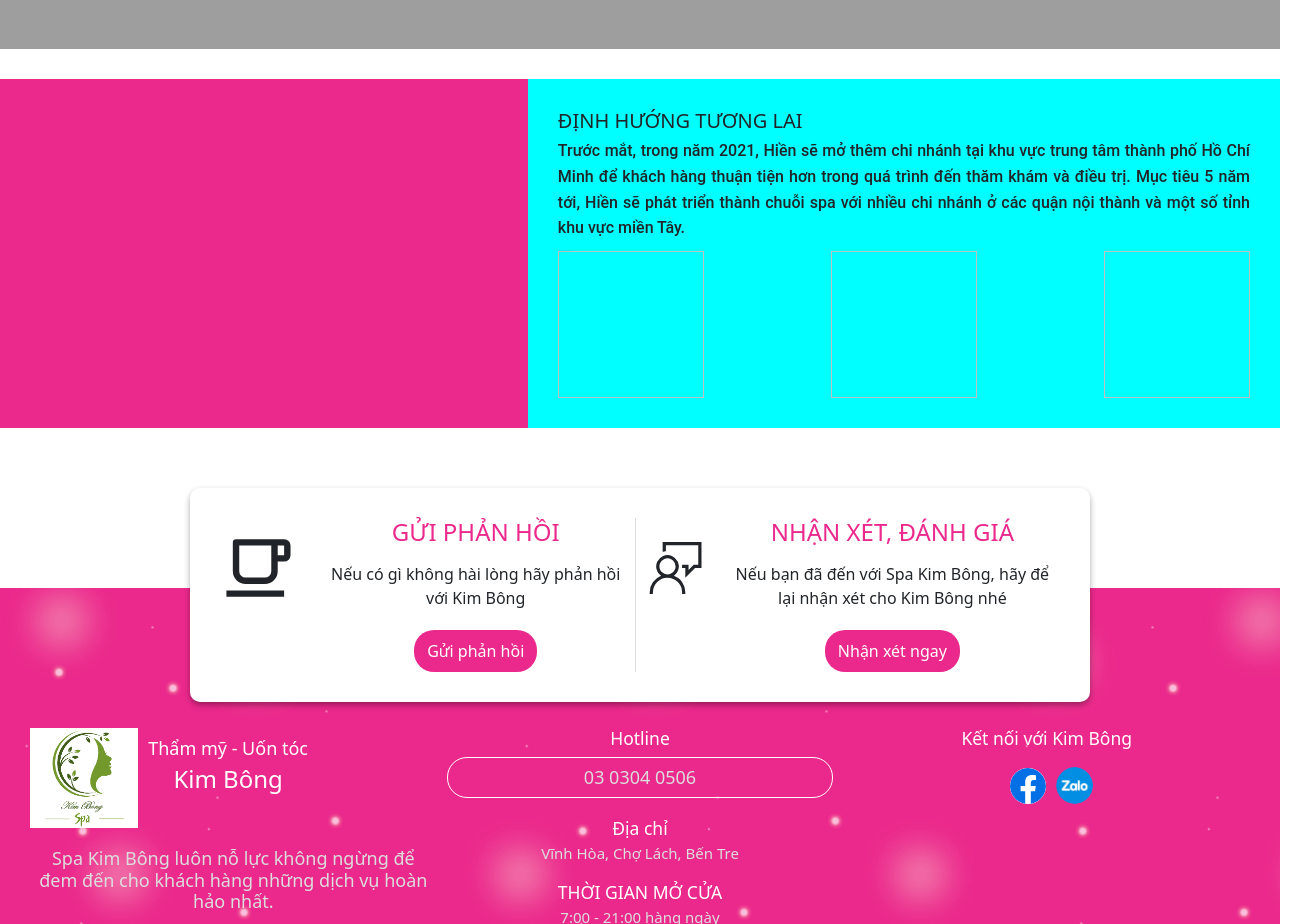
Repository: tranduykhuong/SpaKimBong
Page: /about
An editor plug-in stored every save of this project. The page is shown before and after the next save, followed by the edit.
The browser window is 1280 px wide. The page is 1302 px wide, so the pictures cover 1302 px, including what lies to the right of the window. The pictures show the part of the page from y = 2180 to 3104 px (the page is 3168 px tall before and 3229 px after).
Pictures or frames that could not be fetched are drawn as grey boxes. The project was rebuilt for these pictures with package versions that can differ from the ones it lists, and the page was loaded fresh each time. Also part of the build but not shown: src/components/Header/Slider/slider.scss, src/components/Header/Slider/Slider.js, src/components/Header/ListImage/listImage.scss, src/components/Header/ListImage/ListImage.js, src/pages/Home/home.scss, src/pages/Home/ListImage/listImage.scss, src/pages/Home/ListImage/ListImage.js, src/pages/Home/BookOnline/bookOnl.scss and 6 more.

Above is the page before, as saved 2022-06-03 22:30:56.

### src/App.js
import "./App.css";
import Header from "./components/Header/Header";
import Home from "./pages/Home/Home";
import "bootstrap/dist/css/bootstrap.min.css";
import { Route, Routes } from "react-router-dom";
import About from "./pages/About/About";

function App() {
  return (
    <div className="App">
      <Header />
      <Routes>
        <Route path="/" element={<Home />} />
        <Route path="/about" element={<About />} />
      </Routes>
    </div>
  );
}

export default App;

### src/pages/About/About.js
import "./About.scss";
import React from "react";
import Footer from "./../../components/Footer/Footer";

const About = () => {
  return (
    <div>
      <div className="container1">
        <div className="container-image"></div>

        <div className="container-background-content">
          <div className="container-content">
            <div className="content-left">
              <div className="title">
                <h1>
                  HIỀN VÂN SPA XUẤT PHÁT TỪ NIỀM ĐAM MÊ & KẾT QUẢ CỦA SỰ NỖ LỰC
                </h1>
              </div>
              <div className="box">
                <div className="box-content-img">
                  <div className="image">
                    <img
                      width={200}
                      height={100}
                      src="https://i.pinimg.com/originals/2c/84/5a/2c845a66b8ad2a8aafd288bdc16cd459.jpg"
                    ></img>
                  </div>
                  <div className="content">
                    <p>
                      Hiền cảm thấy vô cùng tự hào khi spa của mình đã nhận được
                      sự tin tưởng của hàng chục nghìn khách hàng khu vực TPHCM
                      và nhiều tỉnh thành lân cận. Thậm chí nhiều bạn không quản
                      ngại đường xá xa xôi, di chuyển từ tận miền Trung, miền
                      Bắc đến điều trị.
                    </p>
                  </div>
                </div>
                <div className="box-content">
                  <div className="content">
                    <p>
                      Hiền Vân Spa cũng may mắn nhận được sự ủng hộ và chung tay
                      của nhóm thiện nguyện Golden Heart đến từ các mạnh thường
                      quân tại nước ngoài như Mỹ, Anh, Australia, Israel,… Họ
                      biết đến Hiền Vân thông qua kênh Youtube. Golden Heart cảm
                      thấy đồng cảm với những khách hàng bị mụn nặng nhưng điều
                      kiện kinh tế khó khăn. Vì vậy họ quyết định đồng hành và
                      tài trợ miễn phí 100%. Tất cả các ca điều trị mụn miễn phí
                      do Golden Heart tài trợ đều được nhận thẻ bảo hành vĩnh
                      viễn, chăm sóc da định kỳ hàng tháng, cam kết mụn không
                      tái phát. Tính đến năm 2021, Hiền Vân Spa cùng quỹ Golden
                      Heart đã hỗ trợ cho hơn 100 ca điều trị mụn hoàn toàn miễn
                      phí, giúp họ tự tin hơn trong cuộc sống với một diện mạo
                      mới.
                    </p>
                  </div>
                </div>

                <div className="box-content">
                  <div className="content">
                    <p>
                      Hiền hiểu rằng, chi phí là vấn đề khách hàng vô cùng quan
                      tâm, nhưng thay vì đi theo cách thức giảm giá sâu như các
                      thương hiệu khác, Hiền tập trung nâng cao chất lượng, giúp
                      khách hàng điều trị các vấn đề da an toàn, hiệu quả trong
                      thời gian ngắn nhất và duy trì kết quả bền vững nhất. Điều
                      này gián tiếp giúp khách hàng tiết kiệm được chi phí. Bạn
                      có thể chỉ bỏ ra 99K, 199K để điều trị mụn giá rẻ tại các
                      cơ sở khác nhưng mụn không giảm, thậm chí viêm nhiễm, lây
                      lan bởi lẽ “tiền nào của đó”. 1 liệu trình “hời hợt” không
                      đủ để giúp bạn giải quyết triệt để các vấn đề da.
                    </p>
                  </div>
                </div>
              </div>
            </div>
            <div className="image-right">
              <div className="image-box">
                <img
                  width={534}
                  height={800}
                  src="https://cdn.hienvanspa.com/uploads/2021/03/do-thu-hien-foulder-hienvanspa.png"
                ></img>
              </div>
            </div>
          </div>
        </div>

        <div className="container-background-founder">
          <div className="box-founder">
            <div className="founder-left"></div>
            <div className="info-founder">
              <div className="text-info">
                <h2>
                  <strong>nhà sáng lập</strong>
                </h2>
                <h3>
                  <span>Chuyên gia Đỗ Thu Hiền</span>
                </h3>
                <p>
                  Được mệnh danh là Bàn tay vàng trị mụn với kinh nghiệm hơn 20
                  năm trong nghề. Tính đến thời điểm hiện tại, Chuyên gia Đỗ Thu
                  Hiền đã tiếp nhận và điều trị thành công cho hàng chục ngàn
                  khách hàng trên khắp cả nước, giúp họ sở hữu ngoại hình đẹp để
                  tự tin trong cuộc sống.Bên cạnh đó, Chuyên gia Đỗ Thu Hiền
                  cũng đào tạo cho hơn 100 học viên tại Hiền Vân Academy, mang
                  lại cho họ cơ hội việc làm tốt, trở thành kỹ thuật viên, chủ
                  spa giỏi.
                </p>
              </div>
            </div>
          </div>
        </div>

        <div className="container-bg-future-orientation">
          <div className="container-future-orientation">
            <div className="future-orientation-left"></div>
            <div className="future-orientation-right">
              <div className="content">
                <h2>ĐỊNH HƯỚNG TƯƠNG LAI</h2>
                <p>
                  Trước mắt, trong năm 2021, Hiền sẽ mở thêm chi nhánh tại khu
                  vực trung tâm thành phố Hồ Chí Minh để khách hàng thuận tiện
                  hơn trong quá trình đến thăm khám và điều trị. Mục tiêu 5 năm
                  tới, Hiền sẽ phát triển thành chuỗi spa với nhiều chi nhánh ở
                  các quận nội thành và một số tỉnh khu vực miền Tây.
                </p>
                Bên cạnh đó, Hiền sẽ tiếp tục phát triển mô hình Hiền Vân
                Academy, hỗ trợ dạy nghề cho các bạn có niềm đam mê với lĩnh vực
                làm đẹp.
              </div>
              <div className="box-3-image">
                <div className="box-image">
                  <img
                    width={146}
                    height={147}
                    scr="https://cdn.hienvanspa.com/uploads/2021/03/dinh-huong-tuong-lai.jpg"
                  ></img>
                </div>
                <div className="box-image">
                  <img
                    width={146}
                    height={147}
                    scr="https://cdn.hienvanspa.com/uploads/2021/03/dinh-huong-tuong-lai.jpg"
                  ></img>
                </div>
                <div className="box-image">
                  <img
                    width={146}
                    height={147}
                    scr="https://cdn.hienvanspa.com/uploads/2021/03/dinh-huong-tuong-lai.jpg"
                  ></img>
                </div>
              </div>
            </div>
          </div>
        </div>
      </div>

      <Footer />
    </div>
  );
};

export default About;

### src/components/Header/header.scss
$height-navbar: 5rem;

.header {
    .mg-navbar {
        margin-bottom: $height-navbar;
    }

    .infor {
        max-width: 1200px;
        padding: .6rem 0;
        display: flex;
        justify-content: space-between;

        .logo {
            display: flex;
            flex: 1;

            img {
                height: 10rem;
            }

            .nameSpa {
                color: #eb288c;
                margin: auto 0;

                h4 {
                    font-size: 1.8rem;
                    font-weight: 500;
                }

                h2 {
                    font-size: 2.4rem;
                }
            }
        }


        .search {
            margin: auto 0;
            border-radius: 50px;
            border: solid .1rem #eb288c;
            height: 37px;
            display: flex;

            input {
                font-size: 1.4rem;
                margin: auto 16px;
                min-width: 26rem;
                border: none;
                outline: none;
            }

            .icon {
                margin: auto 10px;
                cursor: pointer;
            }

            .iconSearch {
                width: 1.8rem;
                height: 1.8rem;
                color: #eb288c;

                &:hover {
                    color: #f867b2;
                }
            }
        }

        .contact {
            display: flex;
            margin-left: 20px;

            .icon {
                margin: auto 0;
                margin-left: 10px;

            }

            .iconFacebook {
                width: 2.8rem;
                height: 2.8rem;
                color: rgba($color: #0570e6, $alpha: 1.0);
            }

            .iconZalo {
                width: 2.8rem;
                height: 2.8rem;
                border-radius: 50%;
            }

            .phone {
                margin: auto 0;
                margin-left: 20px;
                display: flex;

                .iconPhone {
                    width: 2.6rem;
                    height: 2.6rem;
                }

                h3 {
                    font-size: 1.4rem;
                    font-weight: 500;
                    margin: auto 4px;
                }
            }

        }
    }

    .fixedNavbar {
        position: fixed;
        top: 0;
        left: 0;
        z-index: 50;
        width: 100%;
        animation: fixedNavbar 1s forwards;
    }

    @keyframes fixedNavbar {
        from {
            top: -5rem;
            opacity: 0;
        }

        to {
            top: 0;
            opacity: 1;
        }
    }

    .myNavbar {
        height: $height-navbar;
        background-color: #eb288c;

        .navbarContent {
            max-width: 1200px;
            margin: 0 auto;

            .navbarList {
                display: flex;
                margin: 0 1rem;
                // justify-content: space-evenly;

                li {
                    list-style: none;

                    a {
                        line-height: $height-navbar;
                        height: $height-navbar;
                        display: block;
                        color: #fff;
                        font-size: 1.6rem;
                        font-weight: 600;
                        text-decoration: none;
                        padding: 0 2rem;
                    }

                    &:hover {
                        background-color: #f844a1;
                        cursor: pointer;
                    }
                }

                .active {
                    background-color: #dd0876;
                }
            }
        }
    }
}

### src/components/Footer/Footer.js
import React, { useEffect } from "react";
import "./footer.scss";
import { BsFacebook } from "react-icons/bs";
import { RiCupLine } from "react-icons/ri";
import { VscFeedback } from "react-icons/vsc";

const Footer = () => {
  return (
    <div className="footer">
      <div className="logo">
        <div className="info">
          <img src="../../img/logoSpa.png" alt="" />
          <div className="nameSpa">
            <h4>Thẩm mỹ - Uốn tóc</h4>
            <h2>Kim Bông</h2>
          </div>
        </div>

        <h5>
          Spa Kim Bông luôn nỗ lực không ngừng để đem đến cho khách hàng những
          dịch vụ hoàn hảo nhất.
        </h5>
      </div>

      <div className="address">
        <h3>Hotline</h3>
        <div className="hotline">03 0304 0506</div>
        <h3>Địa chỉ</h3>
        <h4>Vĩnh Hòa, Chợ Lách, Bến Tre</h4>
        <h3>THỜI GIAN MỞ CỬA</h3>
        <h4>7:00 - 21:00 hàng ngày</h4>
      </div>
      <div className="contact">
        <h3>Kết nối với Kim Bông</h3>
        <a href="/" className="icon">
          <BsFacebook className="iconFacebook" />
        </a>
        <a href="/" className="icon">
          <img src="../../img/Zalo.png" alt="" className="iconZalo" />
        </a>
      </div>

      <div className="subFooter">
        <div className="report">
          <RiCupLine className="icon" />
          <div>
            <h3>Gửi phản hồi</h3>
            <p>Nếu có gì không hài lòng hãy phản hồi với Kim Bông</p>
            <div className="btn">Gửi phản hồi</div>
          </div>
        </div>
        <div className="feedback">
          <VscFeedback className="icon" />
          <div>
            <h3>Nhận xét, Đánh giá</h3>
            <p>
              Nếu bạn đã đến với Spa Kim Bông, hãy để lại nhận xét cho Kim Bông
              nhé
            </p>
            <div className="btn">Nhận xét ngay</div>
          </div>
        </div>
      </div>
    </div>
  );
};

export default Footer;

### src/pages/About/About.scss
.container1 {
  .container-image {
    width: 100%;
    height: 400px;
    // padding: 5rem;
    // display: flex;
    align-items: center;
    justify-content: center;
    background-image: url("https://i.pinimg.com/originals/2c/84/5a/2c845a66b8ad2a8aafd288bdc16cd459.jpg");
  }
  .container-background-content {
    background-image: url("https://i.pinimg.com/originals/2c/84/5a/2c845a66b8ad2a8aafd288bdc16cd459.jpg");

    .container-content {
      display: flex;
      width: 100%;
      background-color: rgba(255, 255, 255, 0.85);

      .content-left {
        width: 60%;
        padding: 0 35px 30px;
        margin-left: 100px;
        text-align: left;

        .title {
          margin: 30px 0;
          h1 {
            font-size: 3rem;
            font-weight: bolder;
            line-height: 1.6;
          }
        }

        .box {
          .box-content-img {
            background-color: #eb288c;
            border-radius: 37px;
            margin-bottom: 30px;
            .image {
              padding: 20px 20px 0 20px;

              img {
                width: 100%;
                height: 200px;
              }
            }

            .content {
              padding: 0 20px 30px 20px;

              p {
                font: 16px Roboto, sans-serif;
                text-align: justify;
                line-height: 1.6;
                color: white;
                font-weight: 500;
              }
            }
          }

          .box-content {
            background-color: #eb288c;
            border-radius: 37px;
            margin-bottom: 30px;

            .content {
              padding: 20px 20px 30px 20px;

              p {
                font: 16px Roboto, sans-serif;
                text-align: justify;
                line-height: 1.6;
                color: white;
                font-weight: 500;
              }
            }
          }
        }
      }

      .image-right {
        width: 40%;
        .image-box {
          padding: 400px 0px 0px;
          img {
            padding: 0 100px 30px 30px;
          }
        }
      }
    }
  }
  .container-background-founder {
    background-image: url("https://i.pinimg.com/originals/2c/84/5a/2c845a66b8ad2a8aafd288bdc16cd459.jpg");

    .box-founder {
      display: flex;
      width: 100%;

      .founder-left {
        width: 55%;
      }

      .info-founder {
        width: 45%;
        text-align: left;
        .text-info {
          padding: 0 30px 30px;
          margin: 30px 0 30px;

          h2 {
            text-transform: uppercase;
            font-family: Roboto, sans-serif;
            font-size: 40px;
            letter-spacing: 0.05em;
            margin: 0 0 13px;
            color: #be8c28;
          }
          h3 {
            font-family: Roboto, sans-serif;
            font-size: 30px;
            font-weight: bold;
            letter-spacing: 0.05em;
            margin: 0 0 10px;
            color: white;
          }
          p {
            font-family: Roboto, sans-serif;
            font-size: 16px;
            margin: 0 0 21px;
            color: white;
            line-height: 1.6;
            padding-right: 120px;
          }
        }
      }
    }
  }

  .container-bg-future-orientation {
    background-color: #eb288c;

    .container-future-orientation {
      display: flex;
      width: 100%;
      margin-top: 30px;

      .future-orientation-left {
        width: 41.6666666667%;
      }

      .future-orientation-right {
        width: 59.3333333333%;
        padding: 30px 30px 30px;
        text-align: left;
        background-color: aqua;

        .content {
          p {
            font: 16px Roboto, sans-serif;
            text-align: justify;
            line-height: 1.6;
            font-weight: 500;
          }
        }

        .box-3-image {
          display: flex;
          width: 100%;
          justify-content: space-between;

          .box-image{
          }
        }
      }
    }
  }
}

### src/components/Footer/footer.scss
$title-color: #fff;

.footer {
    background-image: url(../../../public/img/sparkle1.png), url(../../../public/img/sparkle2.png);
    width: 100%;
    height: 400px;
    background-color: #eb288c;
    animation: sparkle 60s linear infinite;
    padding: 14rem 3rem 0;
    display: flex;
    justify-content: space-around;
    position: relative;
    margin-top: 16rem;

    .logo {
        flex: 1;

        .info {
            display: flex;

            img {
                height: 10rem;
            }

            .nameSpa {
                color: $title-color;
                margin: 1rem;

                h4 {
                    font-size: 1.8rem;
                    font-weight: 500;
                }

                h2 {
                    font-size: 2.4rem;
                }
            }
        }

        h5 {
            margin: 2rem .6rem;
            font-size: 1.8rem;
            font-weight: 400;
            color: #ddd;
        }
    }

    .contact {
        flex: 1;

        h3 {
            margin-bottom: 1.8rem;
            color: $title-color;
        }

        .icon {
            margin: auto 0;
            margin-left: 10px;

        }

        .iconFacebook {
            width: 3.6rem;
            height: 3.6rem;
            color: rgba($color: #0570e6, $alpha: 1.0);
            background-color: $title-color;
            border-radius: 50%;
        }

        .iconZalo {
            width: 3.7rem;
            height: 3.7rem;
            border-radius: 50%;
        }
    }

    .address {
        color: #ddd;
        flex: 1;

        h3 {
            // margin-bottom: 2rem;
            color: $title-color;
        }

        h4 {
            margin-bottom: 2rem;
        }

        .hotline {
            padding: .6rem;
            font-size: 1.8rem;
            margin: .8rem 1rem 2rem;
            border: 1px solid $title-color;
            border-radius: 2rem;

            &:hover {
                color: $title-color;
                cursor: pointer;
            }
        }
    }

    @keyframes sparkle {
        0% {
            background-position: 0px 0px, 0px 0px, 0px 0px;
        }

        100% {
            background-position: -500px -1000px, -400px -400px, 300px 300px;
        }
    }

    .subFooter {
        width: 100%;
        max-width: 90rem;
        min-height: 20rem;
        box-shadow: 0 3px 6px -4px rgba(0, 0, 0, 0.2), 0 3px 6px rgba(0, 0, 0, 0.3);

        background-color: #fff;
        border-radius: 1rem;
        z-index: 50;
        top: -10rem;
        left: 50%;
        transform: translateX(-50%);
        position: absolute;
        display: flex;
        padding: 3rem;
        justify-content: space-around;

        .report,
        .feedback {
            display: flex;
            flex: 1;
            justify-content: center;

            h3 {
                text-transform: uppercase;
                font-size: 2.4rem;
                color: #eb288c;
            }

            p {
                font-size: 1.6rem;
                padding: 1rem;
            }

            .icon {
                height: 10rem;
                width: 10rem;
                margin-right: 2rem;
            }

            .btn {
                padding: 0.8rem 1.2rem;
                background-color: #eb288c;
                border-radius: 2rem;
                font-size: 1.6rem;
                color: #fff;

                &:hover {
                    background-color: #cc1574;
                }
            }
        }

        .report {
            border-right: 1px solid #ddd;
        }

        .feedback {
            margin-left: 1rem;
        }
    }
}

Loaded but not shown: public/index.html (common file); src/index.js (common file); src/index.css (common file); src/reportWebVitals.js (common file); src/App.css (common file); src/components/Header/Header.js (91 lines, source omitted)

After the next save:
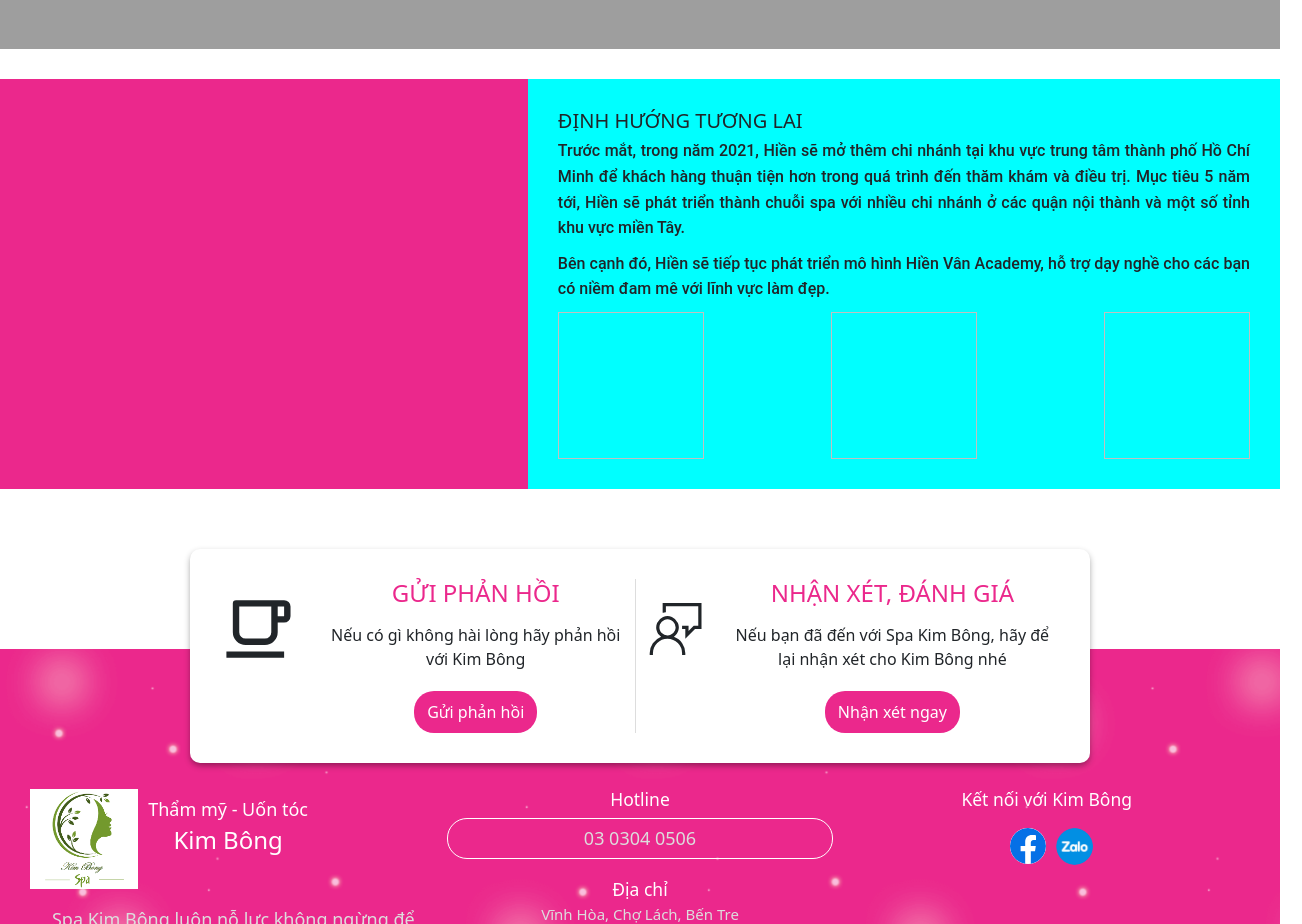
Saved 49 s later.
--- a/src/pages/About/About.js
+++ b/src/pages/About/About.js
@@ -124,9 +124,11 @@ const About = () => {
                   tới, Hiền sẽ phát triển thành chuỗi spa với nhiều chi nhánh ở
                   các quận nội thành và một số tỉnh khu vực miền Tây.
                 </p>
-                Bên cạnh đó, Hiền sẽ tiếp tục phát triển mô hình Hiền Vân
-                Academy, hỗ trợ dạy nghề cho các bạn có niềm đam mê với lĩnh vực
-                làm đẹp.
+                <p>
+                  Bên cạnh đó, Hiền sẽ tiếp tục phát triển mô hình Hiền Vân
+                  Academy, hỗ trợ dạy nghề cho các bạn có niềm đam mê với lĩnh
+                  vực làm đẹp.
+                </p>
               </div>
               <div className="box-3-image">
                 <div className="box-image">
